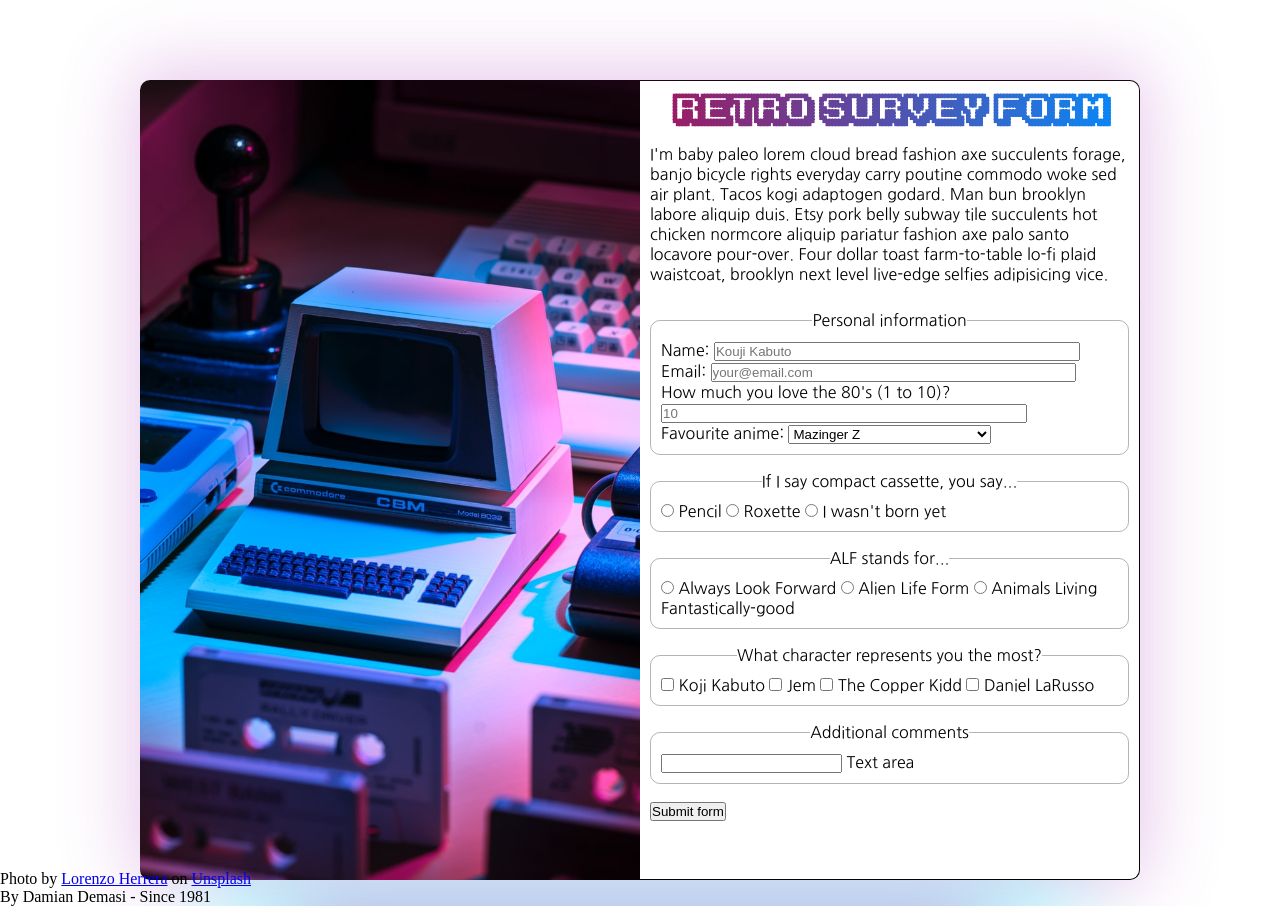
Repository: Colo-Codes/freecodecamp-02-Build-a-Survey-Form
Page: index.html
An editor plug-in stored every save of this project. The page is shown before and after the next save, followed by the edit.
The browser window is 1280 px wide. The pictures show the whole page.

Above is the page before, as saved 2021-05-18 17:52:20.

### index.html
<!DOCTYPE html>
<html lang="en">

<head>
    <meta charset="UTF-8">
    <meta http-equiv="X-UA-Compatible" content="IE=edge">
    <meta name="viewport" content="width=device-width, initial-scale=1.0">
    <link rel="stylesheet" href="./resources/css/index.css" type="text/css">
    <link rel="preconnect" href="https://fonts.gstatic.com">
    <link href="https://fonts.googleapis.com/css2?family=Nanum+Gothic:wght@400;800&display=swap" rel="stylesheet">
    <title>Retro Survey Form</title>
</head>

<body>
    <main id="grid-container">
        <header>
            <h1 id="title">Retro Survey Form</h1>
            <p id="description">I'm baby paleo lorem cloud bread fashion axe succulents forage, banjo bicycle rights
                everyday carry poutine commodo woke sed air plant. Tacos kogi adaptogen godard. Man bun brooklyn labore
                aliquip duis. Etsy pork belly subway tile succulents hot chicken normcore aliquip pariatur fashion axe
                palo santo locavore pour-over. Four dollar toast farm-to-table lo-fi plaid waistcoat, brooklyn next
                level live-edge selfies adipisicing vice.</p>
        </header>
        <section>
            <form action="#" id="survey-form" method="POST">
                <fieldset id="personal-info">
                    <legend>Personal information</legend>
                    <label for="name" id="name-label">
                        Name: <input type="text" id="name" placeholder="Kouji Kabuto" required>
                    </label>
                    <label for="email" id="email-label">
                        Email: <input type="email" id="email" placeholder="your@email.com" required> <!-- validate -->
                    </label>
                    <label for="number" id="number-label">
                        How much you love the 80's (1 to 10)? <input type="number" id="number" placeholder="10" min="1"
                            max="10" required>
                    </label>
                    <label for=""> Favourite anime:
                        <select name="" id="dropdown">
                            <option value="mazinger-z">Mazinger Z</option>
                            <option value="macross-robotech">Macross (Robotech)</option>
                            <option value="crusher-joe">Crusher Joe</option>
                            <option value="momo">Magical Princess Minky Momo</option>
                            <option value="gundam">Mobile Suit Zeta Gundam</option>
                            <option value="dragon-ball">Dragon Ball</option>
                            <option value="galactic-heroes">Legend of the Galactic Heroes</option>
                        </select>
                    </label>
                </fieldset>

                <fieldset id="cassette">
                    <legend>If I say compact cassette, you say...</legend>
                    <label for="pencil">
                        <input type="radio" name="cassette-match" value="pencil" id="pencil"> Pencil
                    </label>
                    <label for="roxette">
                        <input type="radio" name="cassette-match" value="roxette" id="roxette"> Roxette
                    </label>
                    <label for="not-born">
                        <input type="radio" name="cassette-match" value="not-born" id="not-born"> I wasn't born yet
                    </label>
                </fieldset>
                <fieldset id="alf">
                    <legend>ALF stands for...</legend>
                    <label for="always">
                        <input type="radio" name="alf" value="always" id="always"> Always Look Forward
                    </label>
                    <label for="alien">
                        <input type="radio" name="alf" value="alien" id="alien"> Alien Life Form
                    </label>
                    <label for="animals">
                        <input type="radio" name="alf" value="animals" id="animals"> Animals Living Fantastically-good
                    </label>
                </fieldset>
                <fieldset id="character">
                    <legend>What character represents you the most?</legend>
                    <label for="koji">
                        <input type="checkbox" name="character" value="koji" id="koji"> Koji Kabuto
                    </label>
                    <label for="jem">
                        <input type="checkbox" name="character" value="jem" id="jem"> Jem
                    </label>
                    <label for="copper">
                        <input type="checkbox" name="character" value="copper" id="copper"> The Copper Kidd
                    </label>
                    <label for="larusso">
                        <input type="checkbox" name="character" value="larusso" id="larusso"> Daniel LaRusso
                    </label>
                </fieldset>
                <fieldset id="additional-comments">
                    <legend>Additional comments</legend>
                    <label for="">
                        <input type="textarea"> Text area
                    </label>
                </fieldset>
                <input type="submit" value="Submit form">
            </form>
        </section>
        <div id="main-image" role="img" aria-label="Retro computers and devices from the 80's under a blue and violet light"></div>
    </main>
    <div id="glow-1"></div>
    <div id="glow-2"></div>
    <footer>
        <p>Photo by <a href="https://unsplash.com/@lorenzoherrera?utm_source=unsplash&utm_medium=referral&utm_content=creditCopyText">Lorenzo Herrera</a> on <a href="https://unsplash.com/?utm_source=unsplash&utm_medium=referral&utm_content=creditCopyText">Unsplash</a></p>
        <p>By Damian Demasi - Since 1981</p>

    </footer>
</body>

</html>

### resources/css/index.css
@font-face {
    font-family: 'Karmatic Arcade';
    src: url("../fonts/ka1.ttf");
    font-weight: normal;
    font-style: normal;
}
/* Initial reset */
html {
    box-sizing: border-box;
    font-size: 16px;
}
*, *:before, *:after {
    box-sizing: inherit;
    margin: 0;
    padding: 0;
    /*outline: 1px dashed blue; /* Debugging purposes */
}
/* Grid */
#grid-container {
    width: 1000px; /* TODO media query */
    height: 800px; /* TODO media query */
    display: grid;
    flex-direction: row;
    margin: 5rem auto 50px auto;
    border-radius: 10px;
    /* border: 1px solid red; */
    grid-template: 220px 1fr / 1fr 1fr;
    box-shadow: 0px -5px 70px 10px rgba(181, 83, 196, .3);

}
#main-image {
    background-image: url(../img/lorenzo-herrera-p0j-mE6mGo4-unsplash.jpg);
    background-repeat: no-repeat;
    background-position: 50%;
    background-size: cover;
    order: -1;
    grid-area: 1 / 1 / 3 / 2; /* the whole left column */
    border-radius: 10px 0 0 10px;
}
header {
    background-color: white;
    grid-area: 1 / 2 / 2 / 3; /* top right */
    border-radius: 0 10px 0 0;
    border-top: 1px solid rgb(26, 6, 18);
    border-right: 1px solid rgb(26, 6, 18);

}
section {
    background-color: white;
    grid-area: 2 / 2 / 3 / 3; /* top right */
    border-radius: 0 0 10px 0;
    border-bottom: 1px solid rgb(10, 1, 4);
    border-right: 1px solid rgb(10, 1, 4);
}
/* Form */
form {
    margin: 10px;
    font-family: 'Nanum Gothic', sans-serif;
}
h1 {
    margin-top: 10px;
    font-family: "Karmatic Arcade", sans-serif;
    text-align: center;
    background: linear-gradient(90deg, #A4155B, #028CFD);
    -webkit-background-clip: text;
    -webkit-text-fill-color: transparent;
}
header p {
    padding: 1em 10px 1em 10px;
    font-family: 'Nanum Gothic', sans-serif;
}
fieldset {
    padding: 10px;
    border: 1px solid rgba(26, 6, 18, .3);
    border-radius: 10px;
    margin-bottom: 1rem;;
}
legend {
    text-align: center;
}
#personal-info {
    display: flex;
    flex-direction: column;
    align-items: stretch;
}
#personal-info input {
    display: inline;
    width: 80%;
}
/* Glow */
#glow-1 {
    width: 850px; /* TODO media query */
    margin: -60px auto;
    box-shadow: 0px 40px 80px 10px #0ff;
}
#glow-2 {
    width: 650px; /* TODO media query */
    margin: -60px auto;
    box-shadow: 0px 80px 80px 20px rgb(181, 83, 196);
}

After the next save:
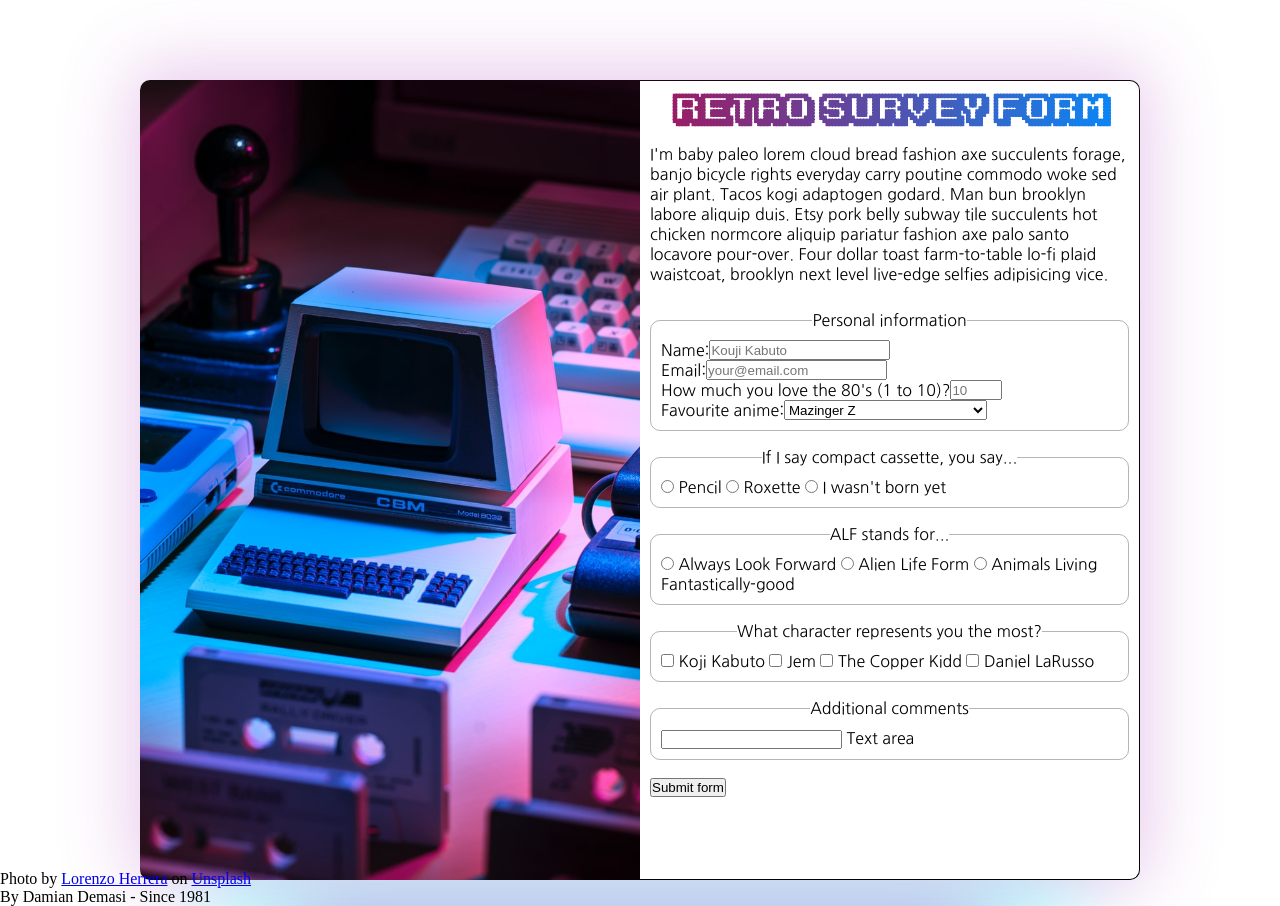
Saved 69 s later.
--- a/resources/css/index.css
+++ b/resources/css/index.css
@@ -83,9 +83,10 @@ legend {
     flex-direction: column;
     align-items: stretch;
 }
+#personal-info label {
+    display: flex;
+}
 #personal-info input {
-    display: inline;
-    width: 80%;
 }
 /* Glow */
 #glow-1 {
